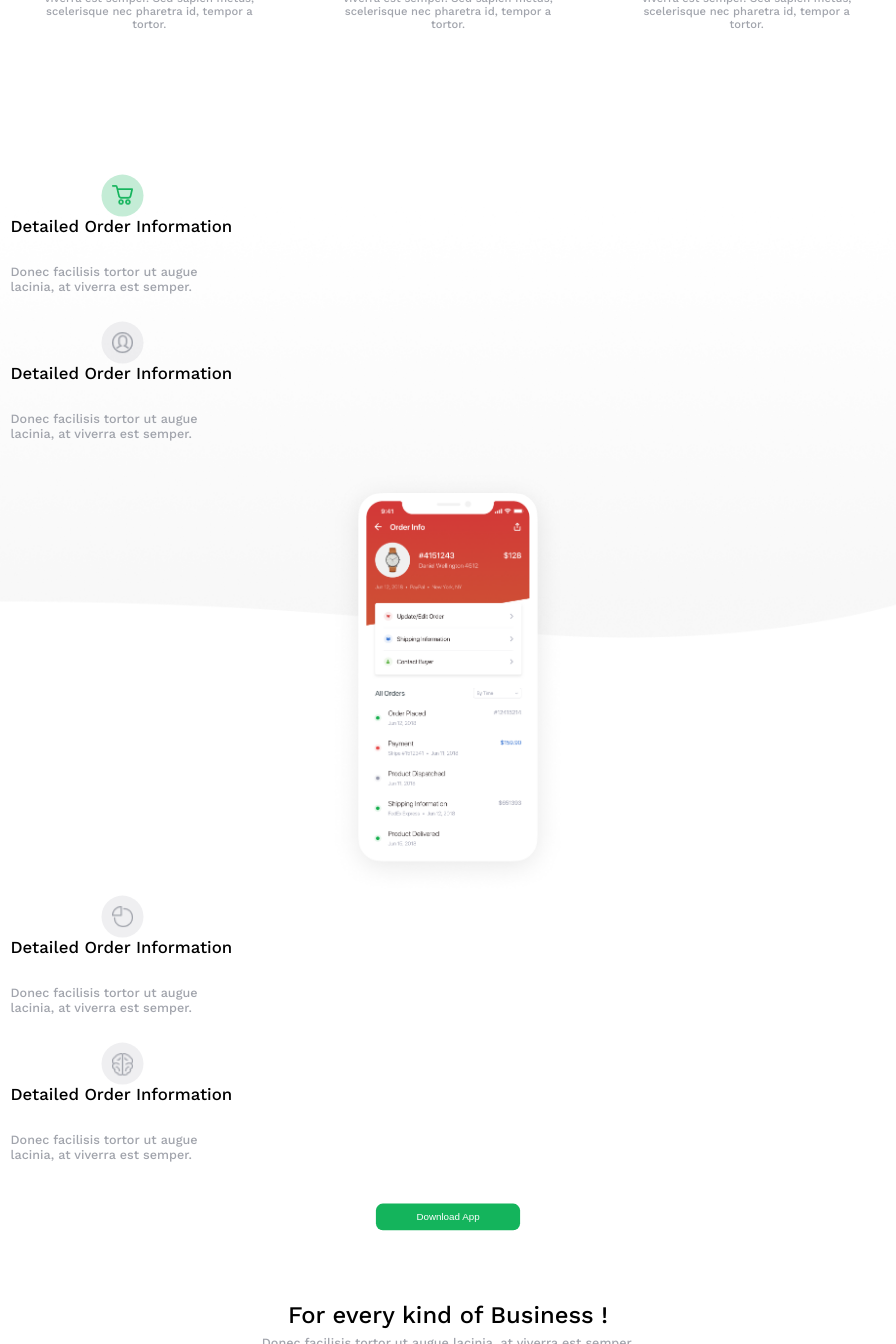
Repository: thinhnguyen347/thinhnguyen347.github.io
Page: cut-html-css/index.html
An editor plug-in stored every save of this project. The page is shown before and after a run of saves, followed by the edit.
The browser window is 1280 px wide. The pictures show the part of the page from y = 1758 to 3678 px (the page is 5774 px tall before and 4934 px after), at 70% of full size.

Above is the page before, as saved 2021-11-10 17:26:58.

After the next 3 saves:
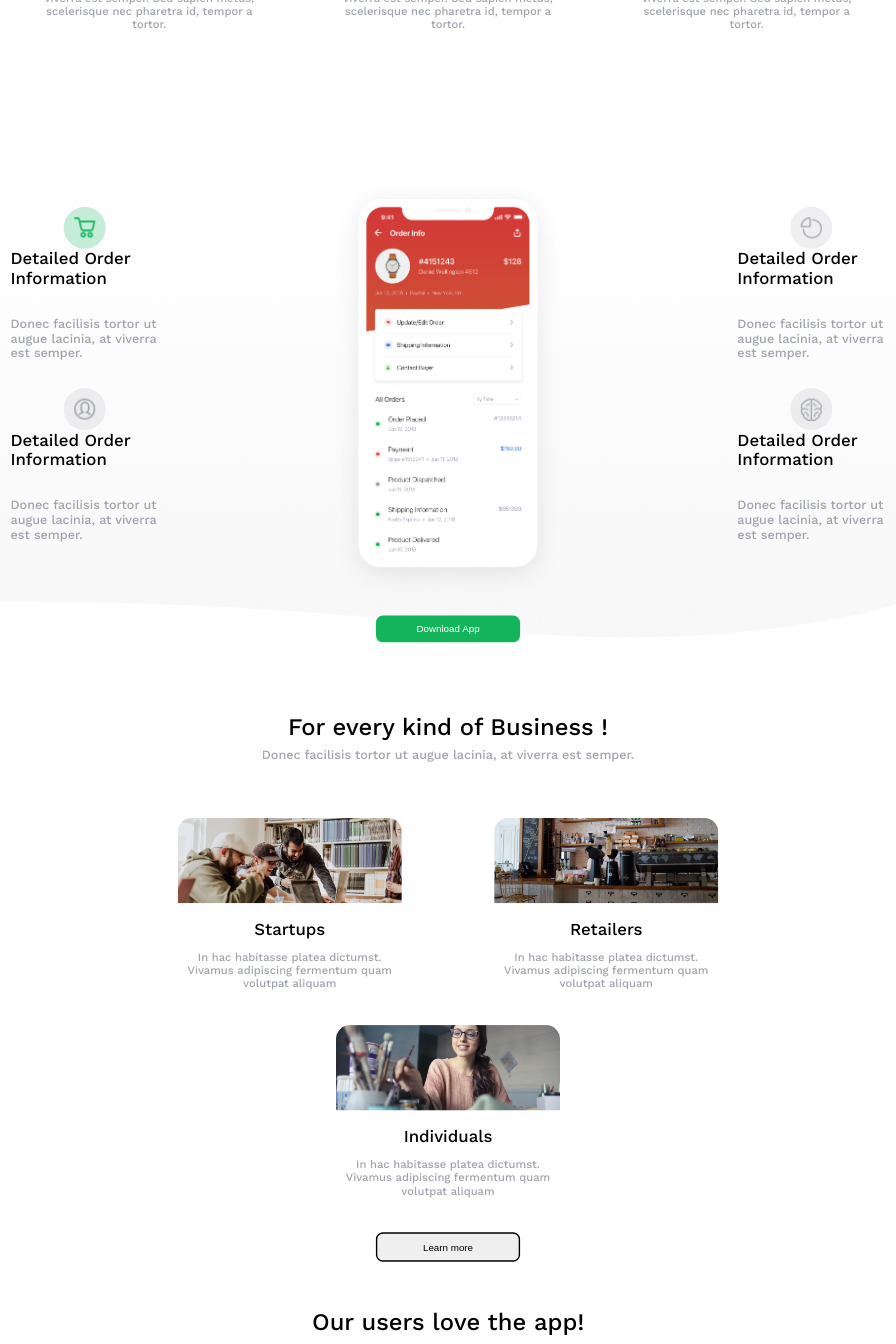
The 3 saves are shown as one change because they came seconds apart.
The last was saved 56 s later.
--- a/cut-html-css/css/style.css
+++ b/cut-html-css/css/style.css
@@ -276,8 +276,6 @@ li.menuitem:hover .drop-down {
 .section2__content {
   padding-top: 140px;
   display: flex;
-  flex-direction: row;
-  flex-wrap: wrap;
 }
 
 .description {
